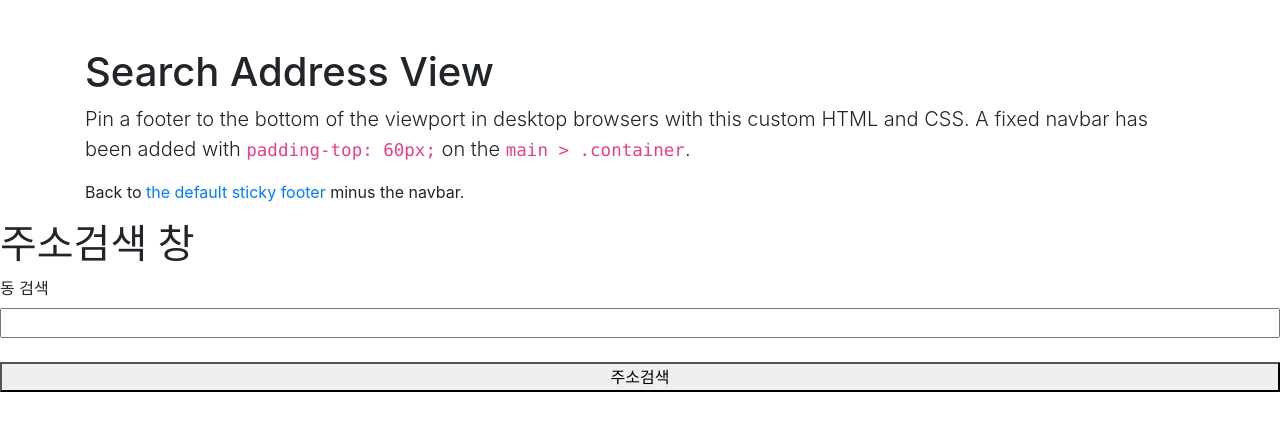
Repository: caramelsyrup/SpringProject1
Page: http://localhost/gallery/WEB-INF/views/member/address.jsp
An editor plug-in stored every save of this project. The page is shown before and after the next save, followed by the edit.
The browser window is 1280 px wide. The pictures show the whole page.
The page is served by Tomcat 9. Nobody is signed in. The template is opened directly, without the code that normally fills it, so the values that code supplies are empty.

Above is the page before, as saved 2020-11-17 06:45:24.

After the next save:
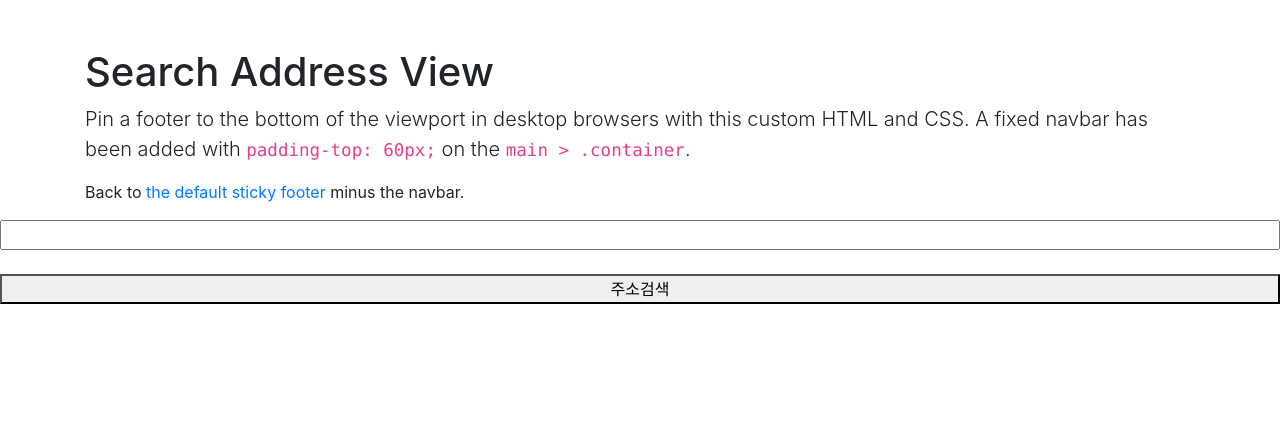
Saved 10 s later.
--- a/gallery/src/main/webapp/WEB-INF/views/member/address.jsp
+++ b/gallery/src/main/webapp/WEB-INF/views/member/address.jsp
@@ -19,8 +19,6 @@
     <p>Back to <a href="/docs/4.5/examples/sticky-footer/">the default sticky footer</a> minus the navbar.</p>
   </div>
 </main>
-	<h1>주소검색 창</h1>
-	<label>동 검색</label>
 	<input type="text" id="dong" name="address" size="20"><br>
 	<button type="button" id="btnAddressChk">주소검색</button>
 	<div id="resultArea">
